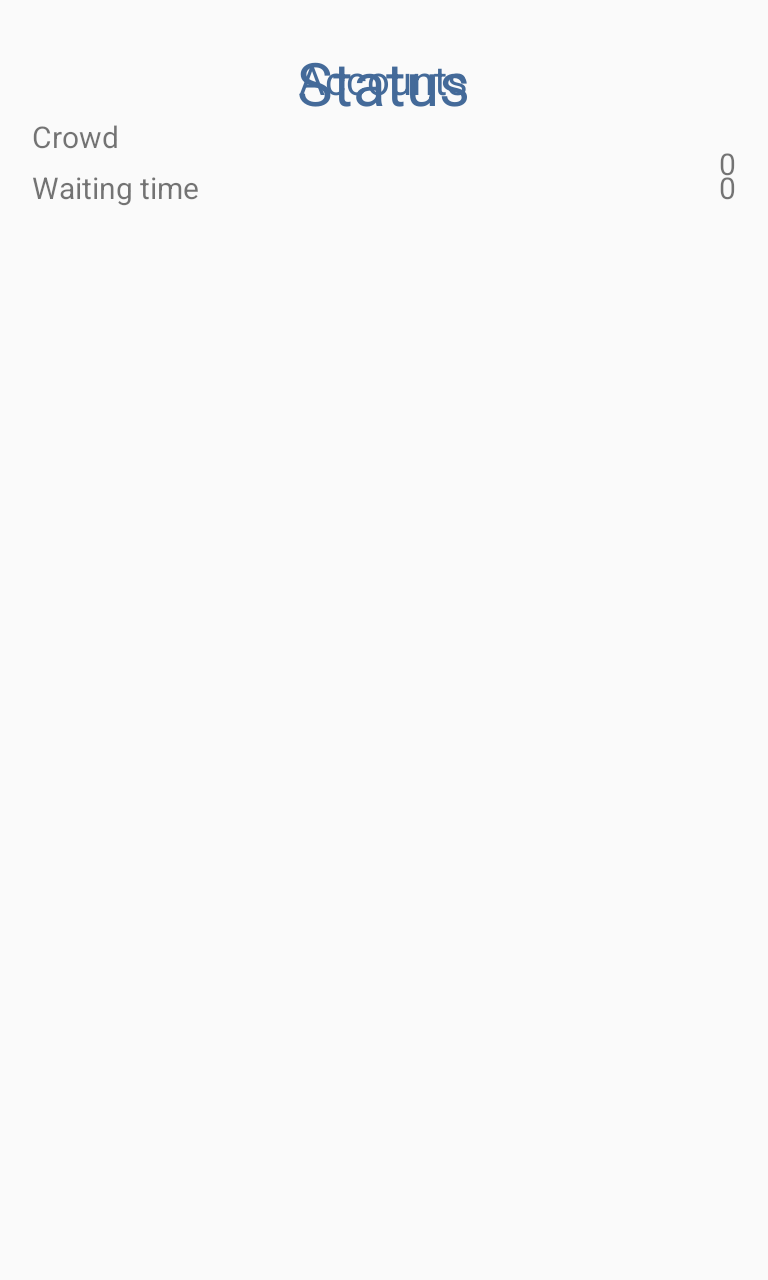
Repository: ag-chirag/brainwaves_enigma
Layout: mobile/Brainwaves/QLess/res/layout/activity_status.xml
The author's editor kept a copy of each file at every save. The layout is drawn from the files as they stood at one save, then again after the next save.
It is drawn on a 768 x 1280 px phone screen (xhdpi) without system bars, with theme AppTheme; the app's code is not run.

Above is the layout before, as saved 2014-11-08 18:09:51.

### mobile/Brainwaves/QLess/res/layout/activity_status.xml
<RelativeLayout xmlns:android="http://schemas.android.com/apk/res/android"
    xmlns:tools="http://schemas.android.com/tools"
    android:layout_width="match_parent"
    android:layout_height="match_parent"
    android:paddingBottom="@dimen/activity_vertical_margin"
    android:paddingLeft="@dimen/activity_horizontal_margin"
    android:paddingRight="@dimen/activity_horizontal_margin"
    android:paddingTop="@dimen/activity_vertical_margin"
    tools:context="com.example.qless.StatusActivity" >

    <TextView
       	android:layout_width="wrap_content"
       	android:layout_height="wrap_content"
       	android:id="@+id/textview1"
       	android:text="@string/status"
       	android:layout_marginTop="5dp"
       	android:layout_centerHorizontal="true"
       	android:textColor="@color/blue"
        android:textSize="30sp"
        />

    <TextView
       	android:layout_width="wrap_content"
       	android:layout_height="wrap_content"
       	android:id="@+id/accounts"
       	android:text="@string/accounts"
       	android:layout_marginTop="10dp"
       	android:layout_centerHorizontal="true"
       	android:textColor="@color/blue"
        android:textSize="20sp"
        />
    <TextView
       	android:layout_width="wrap_content"
       	android:layout_height="wrap_content"
       	android:id="@+id/textview2"
       	android:text="@string/crowd"
       	android:layout_below="@+id/accounts"
       	android:layout_marginTop="5dp"
       	android:gravity="left"
        android:textSize="15sp"
        />

    <TextView
        android:layout_width="wrap_content"
        android:layout_height="wrap_content"
        android:id="@+id/customer_number"
        android:text="0"
        android:layout_below="@+id/textview1"
        android:layout_alignParentRight="true"
        android:layout_marginTop="10dp"
        android:gravity="right"
        android:textSize="15sp"
        />

    <TextView
       	android:layout_width="wrap_content"
       	android:layout_height="wrap_content"
       	android:id="@+id/textview3"
       	android:text="@string/time"
       	android:layout_below="@+id/textview2"
       	android:layout_marginTop="5dp"
       	android:gravity="left"
        android:textSize="15sp"
        />

    <TextView
        android:layout_width="wrap_content"
        android:layout_height="wrap_content"
        android:id="@+id/time_left"
        android:text="0"
        android:layout_below="@+id/textview2"
        android:layout_alignParentRight="true"
        android:layout_marginTop="5dp"
        android:gravity="right"
        android:textSize="15sp"
        />

</RelativeLayout>

### mobile/Brainwaves/QLess/res/values/string.xml
<?xml version="1.0" encoding="utf-8"?>
<resources>
    <string name="live_score_url"></string>
    <string name="get_match_leaderboard_url">c</string>
	<string name="app_name">QLess</string>
    <string name="todo">TODO</string>
    <string name="email_hint">Email</string>
    <string name="pwd_hint">Password</string>
    <string name="btn_name">Login</string>
    <string name="signup">Signup</string>
    <string name="accnt">Login</string>
    <string name="name">Name</string>
    <string name="signup_heading">LogIn!</string>
    <string name="notification">Push Notifications</string>
    <string name="choose_bank">Choose a Bank</string>
    <string name="status">Status</string>
    <string name="crowd">Crowd</string>
    <string name="time">Waiting time</string>
    <string name="accounts">Accounts</string>
    <string name="loans">Loans</string>
    <string name="transaction">Transaction</string>
    <string name="Others">Others</string>
</resources>

### mobile/Brainwaves/QLess/res/values/color.xml
<?xml version="1.0" encoding="utf-8"?>
<resources>

    <color name="blue">#446a99</color>
    <color name="red">#FF0000</color>
    <color name="black">#000000</color>
    <color name="green">#138808</color>
    <color name="bar">#ff0000</color>
    <color name="white">#fff</color>
    <color name="gray">#eeeeee</color>
    <color name="grey">	#CECECE</color>
    <color name="splash_bg">#eb5115</color>
        <color name="disable">#ccc</color>

    <color name="light_gray">#eeeeee</color>
    <color name="dark_gray">#424244</color>
    <color name="sirius_black">#000000</color>
    <color name="app_color">#ff8033</color>
    <color name="dashboard_bar">#ff8033</color>
    <color name="fixture_title">#000000</color>
    <color name="fixture_teams">#000</color>
    <color name="fixture_status">#000</color>
    <color name="score">#000</color>
    <color name="bar_sel">#ffa233</color>
    <color name="transparent_100">#FF000000</color>
    <color name="transparent_95">#F2000000</color>
    <color name="transparent_90">#E6000000</color>
    <color name="transparent_85">#D9000000</color>
    <color name="transparent_80">#CC000000</color>
    <color name="transparent_75">#BF000000</color>
    <color name="transparent_70">#B3000000</color>
    <color name="transparent_65">#A6000000</color>
    <color name="transparent_60">#99000000</color>
    <color name="transparent_55">#8C000000</color>
    <color name="transparent_50">#80000000</color>
    <color name="transparent_45">#73000000</color>
    <color name="transparent_40">#66000000</color>
    <color name="transparent_35">#59000000</color>
    <color name="transparent_30">#4D000000</color>
    <color name="transparent_25">#40000000</color>
    <color name="transparent_20">#33000000</color>
    <color name="transparent_15">#26000000</color>
    <color name="transparent_10">#1A000000</color>
    <color name="transparent_">#0D000000</color>
    <color name="transparent_0">#00000000</color>
    <color name="dashboard_bg">#eeeeee</color>
    <color name="circle_dashbord_count">#333333</color>
    <color name="live">#cc1111</color>
    <color name="no_matches_sel">#424244</color>
    <color name="no_matches_def">#333333</color>
    <color name="no_matches">#999999</color>
    <color name="bar_header">#2f74a7</color>
    <color name="chart_won">#2f74a7</color>
    <color name="chart_lost">#cc1111</color>
    <color name="chart_tie">#e04a3b</color>
    <color name="achievement">#3d96d8</color>
    <color name="player_name_solo">#ed5114</color>
    <color name="hrr">#333333</color>
    <color name="h_h_header">#666666</color>
    <color name="h_h_text">#333333</color>
    <color name="app_green">#779f38</color>
        <color name="transparent_50_app_color">#80ff8033</color>

</resources>

Loaded but not shown: mobile/Brainwaves/QLess/res/values/styles.xml (common file); mobile/Brainwaves/QLess/res/values-v11/styles.xml (common file); mobile/Brainwaves/QLess/res/values-v14/styles.xml (common file); mobile/Brainwaves/QLess/res/values/dimens.xml (common file); mobile/Brainwaves/QLess/res/values-w820dp/dimens.xml (common file)

After the next save:
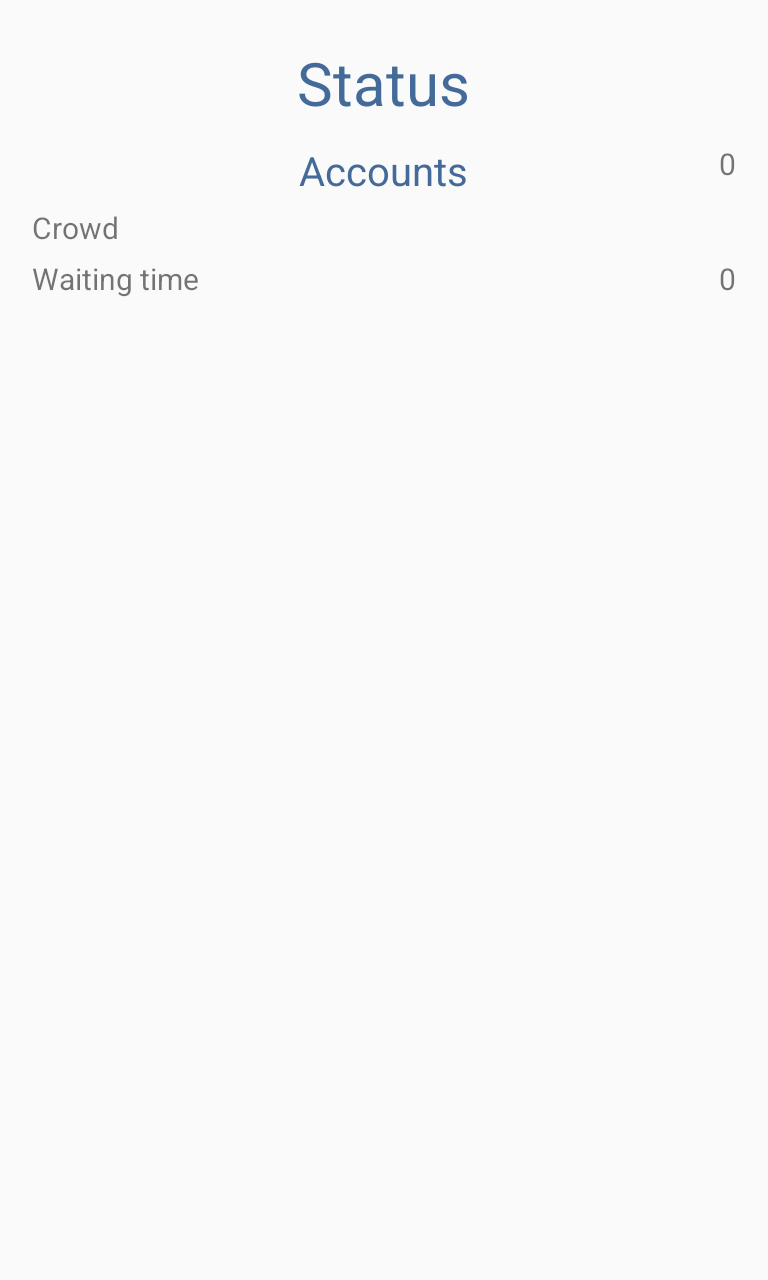
Saved 26 s later.
--- a/mobile/Brainwaves/QLess/res/layout/activity_status.xml
+++ b/mobile/Brainwaves/QLess/res/layout/activity_status.xml
@@ -26,6 +26,7 @@
        	android:text="@string/accounts"
        	android:layout_marginTop="10dp"
        	android:layout_centerHorizontal="true"
+       	android:layout_below="@+id/textview1"
        	android:textColor="@color/blue"
         android:textSize="20sp"
         />
